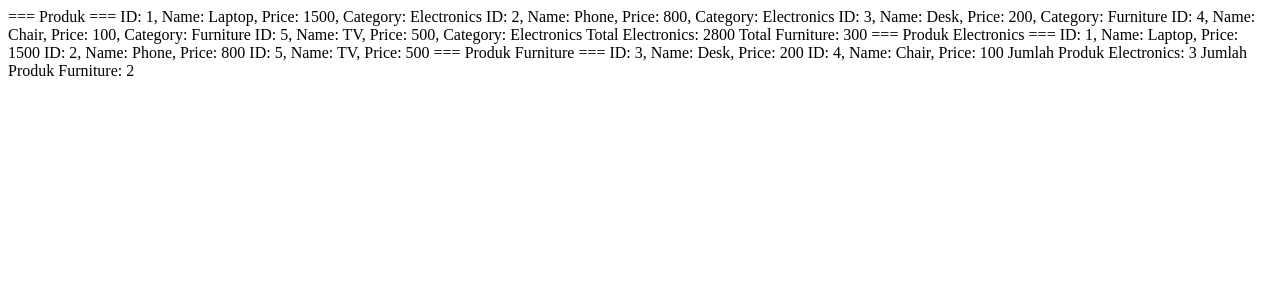
Repository: ramaID/demo-hari-1
Page: http://localhost/main.php
The author's editor kept a copy of each file at every save. The page is drawn from the files as they stood at one save, then again after the next save.
The browser window is 1280 px wide. The pictures show the whole page.
The page is run by PHP 8.4 with error messages shown; the project is at /var/www/html/.

Above is the page before, as saved 2024-12-10 12:47:10.

### main.php
<?php

// Data produk
$products = [
    ['id' => 1, 'name' => 'Laptop', 'price' => 1500, 'category' => 'Electronics'],
    ['id' => 2, 'name' => 'Phone', 'price' => 800, 'category' => 'Electronics',],
    ['id' => 3, 'name' => 'Desk', 'price' => 200, 'category' => 'Furniture'],
    ['id' => 4, 'name' => 'Chair', 'price' => 100, 'category' => 'Furniture'],
    ['id' => 5, 'name' => 'TV', 'price' => 500, 'category' => 'Electronics'],
];

// Tampilkan semua produk
echo "=== Produk ===\n";
foreach ($products as $product) {
    echo "ID: {$product['id']}, Name: {$product['name']}, Price: {$product['price']}, Category: {$product['category']}\n";
}

// Hitung total harga kategori Electronics
$totalElectronics = 0;
foreach ($products as $product) {
    if ($product['category'] === 'Electronics') {
        $totalElectronics += $product['price'];
    }
}
echo "Total Electronics: $totalElectronics\n";

// Hitung total harga kategori Furniture
$totalFurniture = 0;
foreach ($products as $product) {
    if ($product['category'] === 'Furniture') {
        $totalFurniture += $product['price'];
    }
}
echo "Total Furniture: $totalFurniture\n";

// Filter produk kategori Electronics
$electronicsProducts = [];
foreach ($products as $product) {
    if ($product['category'] === 'Electronics') {
        $electronicsProducts[] = $product;
    }
}
echo "=== Produk Electronics ===\n";
foreach ($electronicsProducts as $product) {
    echo "ID: {$product['id']}, Name: {$product['name']}, Price: {$product['price']}\n";
}

// Filter produk kategori Furniture
$furnitureProducts = [];
foreach ($products as $product) {
    if ($product['category'] === 'Furniture') {
        $furnitureProducts[] = $product;
    }
}
echo "=== Produk Furniture ===\n";
foreach ($furnitureProducts as $product) {
    echo "ID: {$product['id']}, Name: {$product['name']}, Price: {$product['price']}\n";
}

// Tampilkan jumlah produk per kategori
$electronicsCount = 0;
$furnitureCount = 0;
foreach ($products as $product) {
    if ($product['category'] === 'Electronics') {
        $electronicsCount++;
    } elseif ($product['category'] === 'Furniture') {
        $furnitureCount++;
    }
}
echo "Jumlah Produk Electronics: $electronicsCount\n";
echo "Jumlah Produk Furniture: $furnitureCount\n";

After the next save:
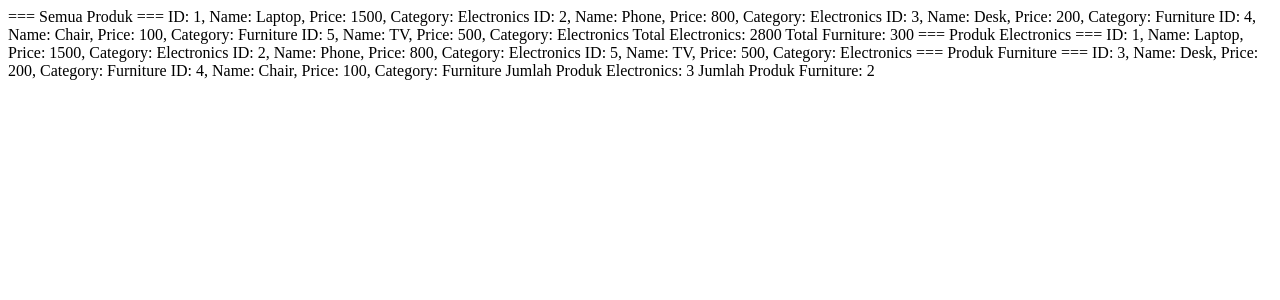
Saved 5 min 28 s later.
--- a/main.php
+++ b/main.php
@@ -3,69 +3,60 @@
 // Data produk
 $products = [
     ['id' => 1, 'name' => 'Laptop', 'price' => 1500, 'category' => 'Electronics'],
-    ['id' => 2, 'name' => 'Phone', 'price' => 800, 'category' => 'Electronics',],
+    ['id' => 2, 'name' => 'Phone', 'price' => 800, 'category' => 'Electronics'],
     ['id' => 3, 'name' => 'Desk', 'price' => 200, 'category' => 'Furniture'],
     ['id' => 4, 'name' => 'Chair', 'price' => 100, 'category' => 'Furniture'],
     ['id' => 5, 'name' => 'TV', 'price' => 500, 'category' => 'Electronics'],
 ];
 
-// Tampilkan semua produk
-echo "=== Produk ===\n";
-foreach ($products as $product) {
-    echo "ID: {$product['id']}, Name: {$product['name']}, Price: {$product['price']}, Category: {$product['category']}\n";
+// Fungsi untuk menampilkan produk
+function displayProducts($title, $products)
+{
+    echo "=== $title ===\n";
+    foreach ($products as $product) {
+        echo "ID: {$product['id']}, Name: {$product['name']}, Price: {$product['price']}, Category: {$product['category']}\n";
+    }
 }
 
-// Hitung total harga kategori Electronics
-$totalElectronics = 0;
-foreach ($products as $product) {
-    if ($product['category'] === 'Electronics') {
-        $totalElectronics += $product['price'];
-    }
+// Fungsi untuk menghitung total harga berdasarkan kategori
+function calculateTotalPriceByCategory($products, $category)
+{
+    return array_reduce($products, function ($total, $product) use ($category) {
+        return $product['category'] === $category ? $total + $product['price'] : $total;
+    }, 0);
 }
+
+// Fungsi untuk memfilter produk berdasarkan kategori
+function filterProductsByCategory($products, $category)
+{
+    return array_filter($products, fn($product) => $product['category'] === $category);
+}
+
+// Fungsi untuk menghitung jumlah produk berdasarkan kategori
+function countProductsByCategory($products, $category)
+{
+    return count(filterProductsByCategory($products, $category));
+}
+
+// Tampilkan semua produk
+displayProducts("Semua Produk", $products);
+
+// Hitung total harga per kategori
+$totalElectronics = calculateTotalPriceByCategory($products, 'Electronics');
+$totalFurniture = calculateTotalPriceByCategory($products, 'Furniture');
 echo "Total Electronics: $totalElectronics\n";
-
-// Hitung total harga kategori Furniture
-$totalFurniture = 0;
-foreach ($products as $product) {
-    if ($product['category'] === 'Furniture') {
-        $totalFurniture += $product['price'];
-    }
-}
 echo "Total Furniture: $totalFurniture\n";
 
-// Filter produk kategori Electronics
-$electronicsProducts = [];
-foreach ($products as $product) {
-    if ($product['category'] === 'Electronics') {
-        $electronicsProducts[] = $product;
-    }
-}
-echo "=== Produk Electronics ===\n";
-foreach ($electronicsProducts as $product) {
-    echo "ID: {$product['id']}, Name: {$product['name']}, Price: {$product['price']}\n";
-}
+// Tampilkan produk berdasarkan kategori
+$electronicsProducts = filterProductsByCategory($products, 'Electronics');
+$furnitureProducts = filterProductsByCategory($products, 'Furniture');
 
-// Filter produk kategori Furniture
-$furnitureProducts = [];
-foreach ($products as $product) {
-    if ($product['category'] === 'Furniture') {
-        $furnitureProducts[] = $product;
-    }
-}
-echo "=== Produk Furniture ===\n";
-foreach ($furnitureProducts as $product) {
-    echo "ID: {$product['id']}, Name: {$product['name']}, Price: {$product['price']}\n";
-}
+displayProducts("Produk Electronics", $electronicsProducts);
+displayProducts("Produk Furniture", $furnitureProducts);
 
 // Tampilkan jumlah produk per kategori
-$electronicsCount = 0;
-$furnitureCount = 0;
-foreach ($products as $product) {
-    if ($product['category'] === 'Electronics') {
-        $electronicsCount++;
-    } elseif ($product['category'] === 'Furniture') {
-        $furnitureCount++;
-    }
-}
+$electronicsCount = countProductsByCategory($products, 'Electronics');
+$furnitureCount = countProductsByCategory($products, 'Furniture');
+
 echo "Jumlah Produk Electronics: $electronicsCount\n";
 echo "Jumlah Produk Furniture: $furnitureCount\n";
